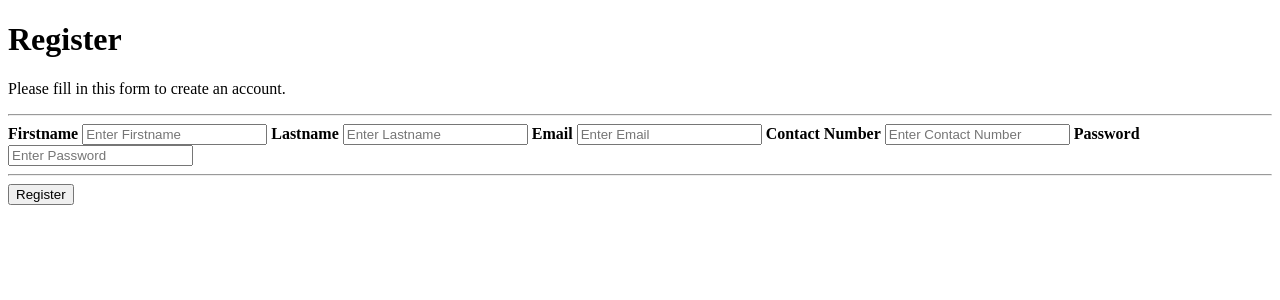
Repository: anmolvid/ServletProject
Page: LoginRegistrationApp/WebContent/Registration.html
An editor plug-in stored every save of this project. The page is shown before and after the next save, followed by the edit.
The browser window is 1280 px wide. The pictures show the whole page.

Above is the page before, as saved 2019-01-22 07:53:47.

After the next save:
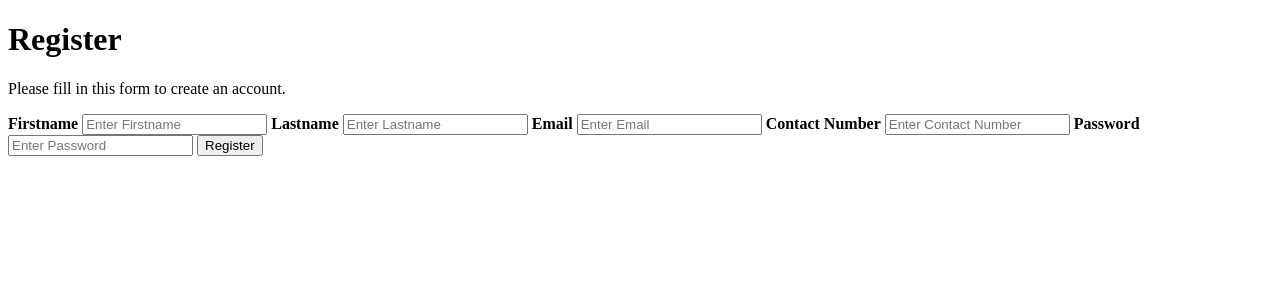
Saved 60 min 1 s later.
--- a/LoginRegistrationApp/WebContent/Registration.html
+++ b/LoginRegistrationApp/WebContent/Registration.html
@@ -11,7 +11,7 @@
 
     <h1>Register</h1>
     <p>Please fill in this form to create an account.</p>
-    <hr>
+
 
     <label for="firstname"><b>Firstname</b></label>
     <input type="text" placeholder="Enter Firstname" name="firstname" >
@@ -29,7 +29,7 @@
     <input type="password" placeholder="Enter Password" name="psw" >
 
 
-    <hr>
+
 
 
     <button type="submit" class="registerbtn">Register</button>
